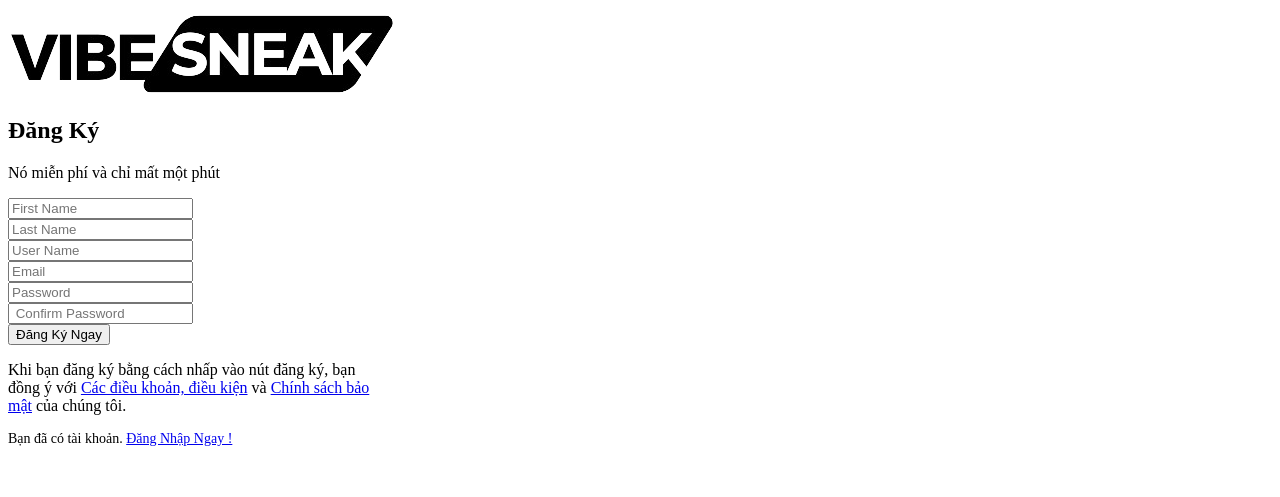
Repository: HSondev74/website-ban-giay
Page: http://localhost/BanGiay/pages/LogUp.php
These files come from the project's save history. The page is drawn as it stood at one moment and after the next save; the edit follows.
The browser window is 1280 px wide. The pictures show the whole page.
The page is run by PHP 8.4 with error messages shown; the project is at /var/www/html/.

Above is the page before, as saved 2024-02-25 13:54:59.

### pages/LogUp.php
<main>
    <div class="container">
        <div class="form" style="width: 30%;">
            <img src="./images/img-header/logo-brand.png" alt="" />
            <div class="form-logup">
                <h2>Đăng Ký</h2>
                <p>Nó miễn phí và chỉ mất một phút</p>

                <div class="ip-logup">
                    <span class="input-group-text">
                        <i class="fa-solid fa-image-portrait"></i>
                    </span>
                    <input type="text" class="form-control" placeholder="First Name" />
                </div>

                <div class="ip-logup">
                    <span class="input-group-text">
                        <i class="fa-solid fa-image-portrait"></i>
                    </span>
                    <input type="text" class="form-control" placeholder="Last Name" />
                </div>

                <div class="ip-logup">
                    <span class="input-group-text">
                        <i class="fa fa-user"></i>
                    </span>
                    <input type="text" class="form-control" placeholder="User Name" />
                </div>

                <div class="ip-logup">
                    <span class="input-group-text">
                        <i class="fa fa-envelope"></i>
                    </span>
                    <input type="text" class="form-control" placeholder="Email" />
                </div>

                <div class="ip-logup">
                    <span class="input-group-text">
                        <i class="fa fa-lock"></i>
                    </span>
                    <input type="text" class="form-control" placeholder="Password" />
                </div>

                <div class="ip-logup">
                    <span class="input-group-text">
                        <i class="fa fa-lock"></i>
                    </span>
                    <input type="text" class="form-control" placeholder=" Confirm Password" />
                </div>

                <div class="btn-logup">
                    <input type="button" value="Đăng Ký Ngay" class="button" />

                    <p class="ask1 ask">
                        Khi bạn đăng ký bằng cách nhấp vào nút đăng ký, bạn
                        đồng ý với
                        <a href="#">Các điều khoản, điều kiện</a> và
                        <a href="#">Chính sách bảo mật</a> của chúng tôi.
                    </p>

                    <p class="ask2 ask" style="font-size: 14px;">
                        Bạn đã có tài khoản.
                        <a href="index.php?action=login">Đăng Nhập Ngay !</a>
                    </p>
                </div>
            </div>
        </div>
    </div>
</main>

After the next save:
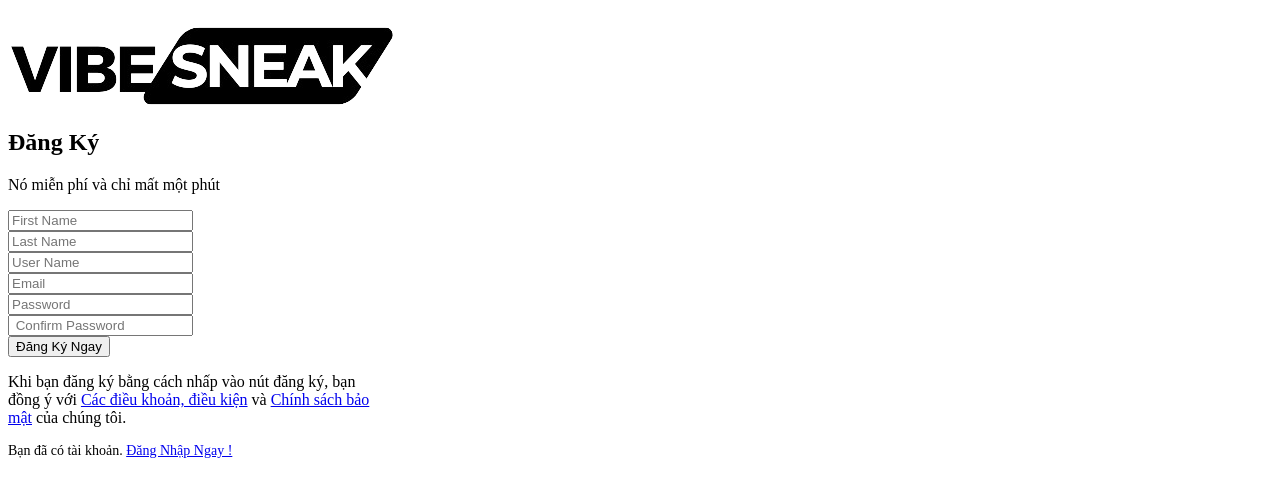
Saved 19 s later.
--- a/pages/LogUp.php
+++ b/pages/LogUp.php
@@ -1,6 +1,6 @@
 <main>
     <div class="container">
-        <div class="form" style="width: 30%;">
+        <div class="form" style="width: 30%; margin-top:20px">
             <img src="./images/img-header/logo-brand.png" alt="" />
             <div class="form-logup">
                 <h2>Đăng Ký</h2>
